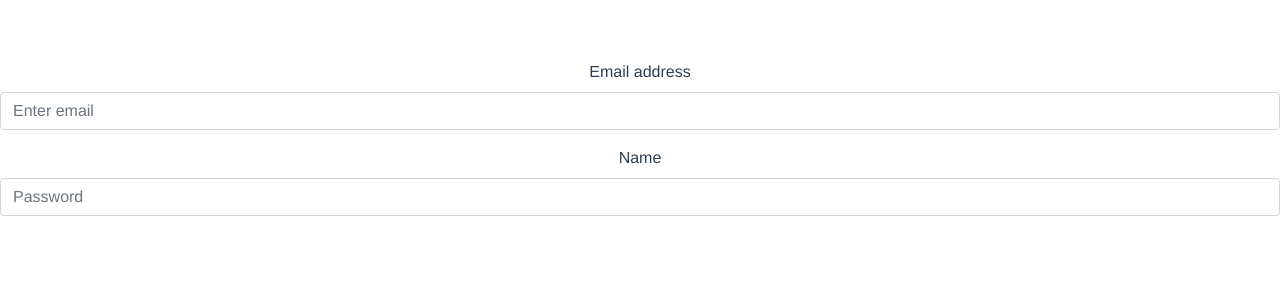
Repository: rupeshpawar93/vue-profile
Page: /#/company-form
The author's editor kept a copy of each file at every save. The page is drawn from the files as they stood at one save, then again after the next save.
The browser window is 1280 px wide. The pictures show the whole page.
The project was rebuilt for these pictures with package versions that can differ from the ones it lists, and the page was loaded fresh each time. Also part of the build but not shown: webpack.config.js, src/components/Portfolio.vue, src/components/PortfolioDetail.vue, src/components/Mycart.vue.

Above is the page before, as saved 2019-11-04 12:44:18.

### index.html
<!DOCTYPE html>
<html lang="en">
  <head>
    <meta charset="utf-8">
    <title>Portfolio Manager</title>
  </head>
  <body>
    <div id="app"></div>
    <script src="/dist/build.js"></script>
  </body>
</html>

### src/main.js
import Vue from 'vue'
import BootstrapVue from 'bootstrap-vue'
import 'bootstrap/dist/css/bootstrap.css'
import 'bootstrap-vue/dist/bootstrap-vue.css'
import App from './App'
import router from './router'

Vue.use(BootstrapVue)

Vue.config.productionTip = false

new Vue({
	el: '#app',
	router,
	template: '<App/>',
	components: { App }
})

### src/App.vue
<template>
  <div id="app">
    <router-view></router-view>
  </div>
</template>

<script>
	export default {
	  name: 'app'
	}
</script>


<style>
	#app {
		font-family: 'Avenir', Helvetica, Arial, sans-serif;
		-webkit-font-smoothing: antialiased;
		-moz-osx-font-smoothing: grayscale;
		text-align: center;
		color: #2c3e50;
		margin-top: 60px;
	}

	h1, h2 {
		font-weight: normal;
	}
</style>

### src/router/index.js
import Vue from 'vue'
import Router from 'vue-router'
import Portfolio from '@/components/Portfolio'
import PortfolioDetail from '@/components/PortfolioDetail'
import MyCart from '@/components/Mycart'
import Company from '@/components/Company'
Vue.use(Router)

export default new Router({
    routes: [
        {
            path: '/',
            name: 'Portfolio',
            component: Portfolio
        },
        {
            path: '/portfolio/detail',
            name: 'mycart',
            component: MyCart,
            props:true
        },
        {
            path:'/company-form',
            name: 'company',
            component: Company
        }
    ]
})

### src/components/Company.vue
<template>
    <div>
        <form>
             <div class="form-group">
                <label for="exampleInputEmail1">Email address</label>
                <input type="email" class="form-control"  aria-describedby="emailHelp" placeholder="Enter email">
            </div>
            <div class="form-group">
                <label for="exampleInputPassword1">Name</label>
                <input type="text" class="form-control" id="exampleInputPassword1" placeholder="Password">
            </div>
        </form>
    </div>
</template>
<style scoped>
    form {
        width:600;
        margin: 0 auto;
    }
</style>>

</style>
<script>
export default {
    name: 'Company'
}
</script>

After the next save:
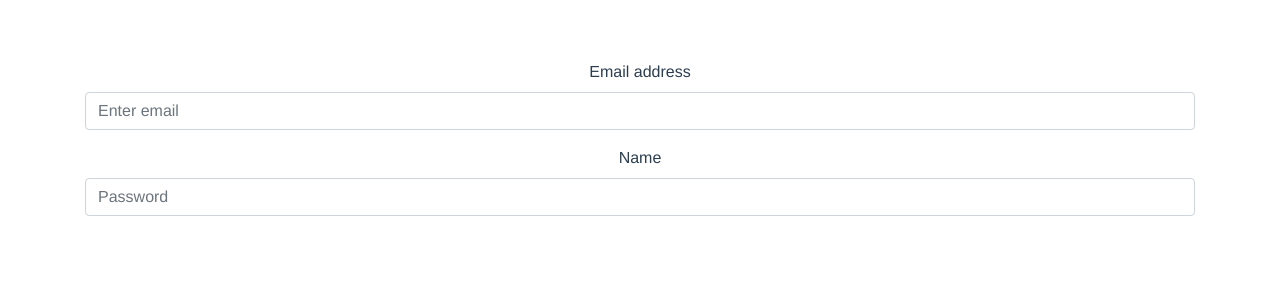
Saved 27 s later.
--- a/src/components/Company.vue
+++ b/src/components/Company.vue
@@ -1,6 +1,6 @@
 <template>
     <div>
-        <form>
+        <form class="container">
              <div class="form-group">
                 <label for="exampleInputEmail1">Email address</label>
                 <input type="email" class="form-control"  aria-describedby="emailHelp" placeholder="Enter email">
